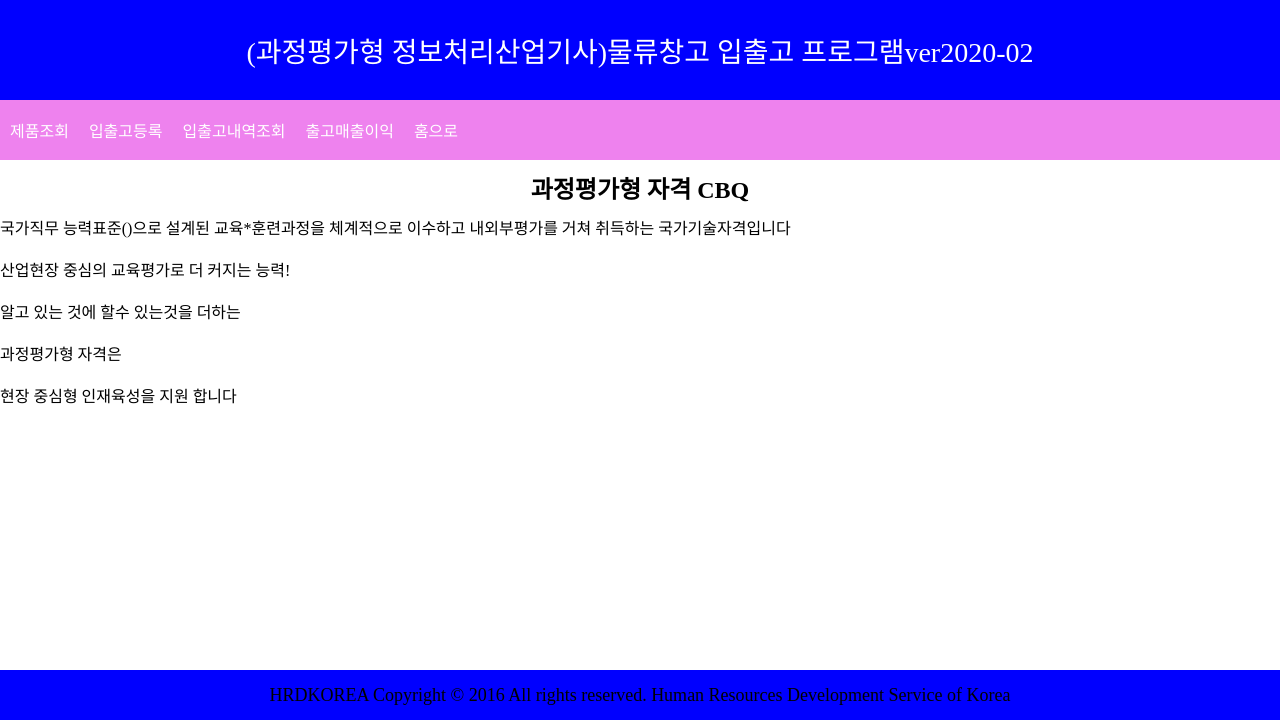
Repository: anakyn01/2_two
Page: http://localhost/cbq_1/two.jsp
These files come from the project's save history. The page is drawn as it stood at one moment and after the next save; the edit follows.
The browser window is 1280 px wide. The pictures show the whole page.
The page is served by Tomcat 9.

Above is the page before, as saved 2024-12-11 06:11:23.

After the next save:
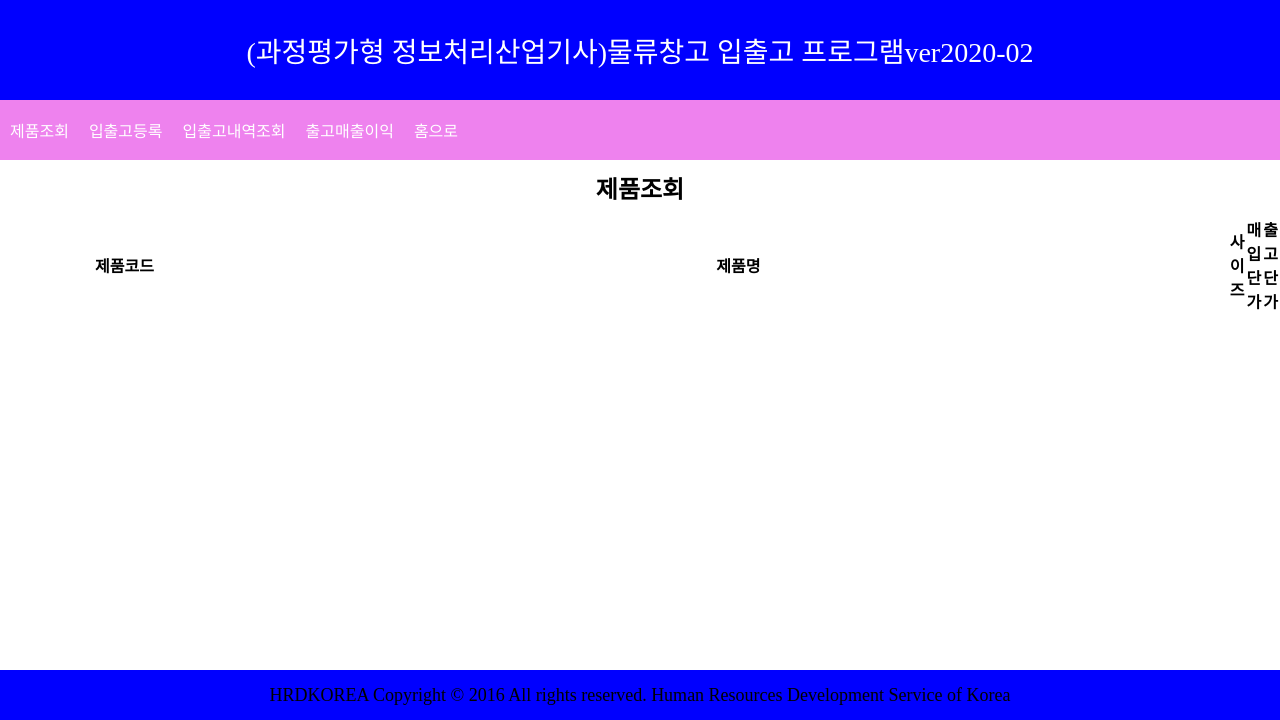
Saved 57 s later.
--- a/exam/cbq_1/src/main/webapp/two.jsp
+++ b/exam/cbq_1/src/main/webapp/two.jsp
@@ -2,6 +2,19 @@
     pageEncoding="UTF-8"%>
 <jsp:include page="include/header.jsp" flush="false" />
 
-<jsp:include page="include/body.jsp" flush="flase" />
+<h1>제품조회</h1>
+
+<table>
+<colgroup>
+<col style="width:20%"/>
+<col style="width:80%"/>
+</colgroup>
+<thead>
+<tr>
+<th>제품코드</th><th>제품명</th><th>사이즈</th><th>매입단가</th><th>출고단가</th>
+</tr>
+</thead>
+
+</table>
 
 <jsp:include page="include/footer.jsp" flush="false" />
